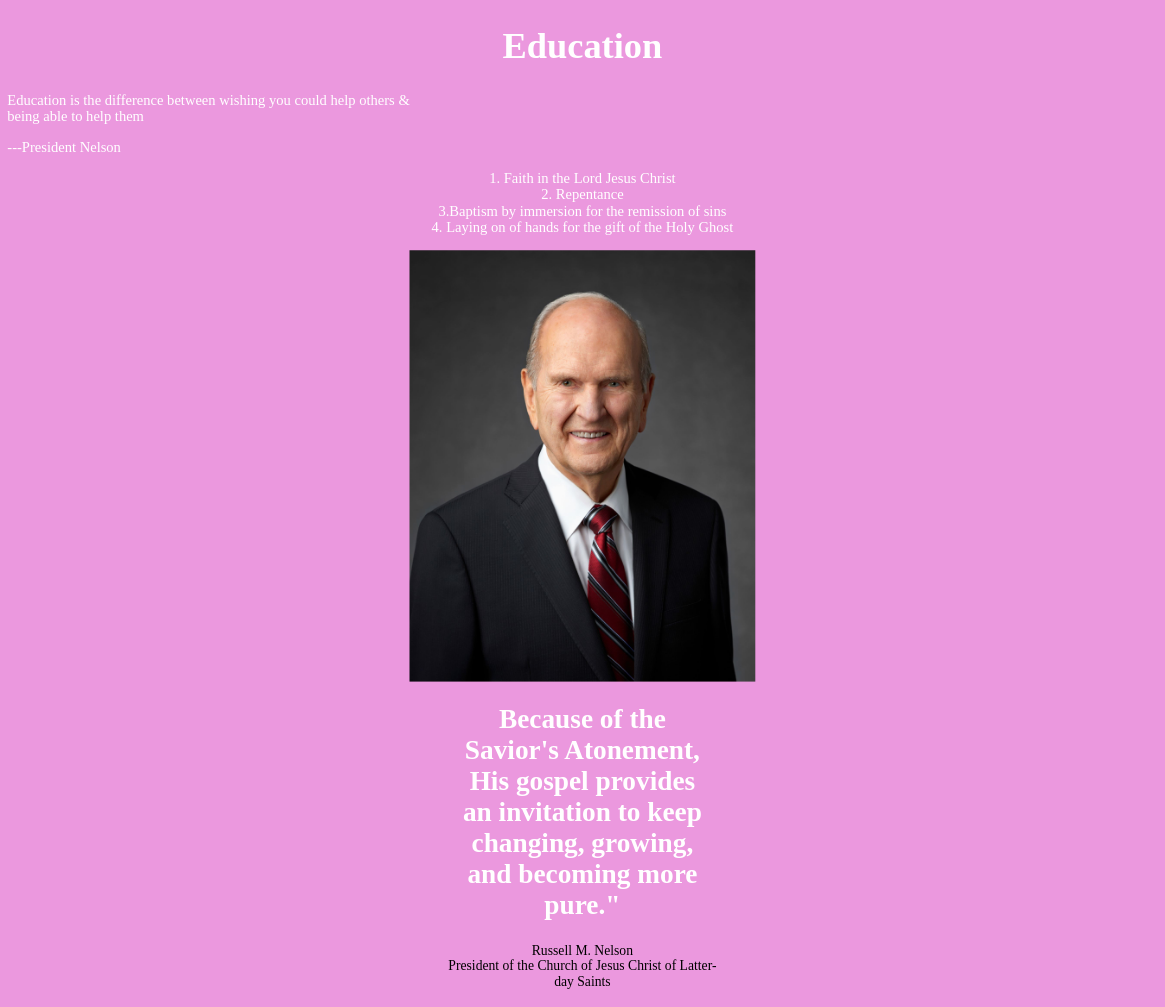
Repository: mszakutumela/wdd130
Page: W04_Challenge/index.html
These files come from the project's save history. The page is drawn as it stood at one moment and after the next save; the edit follows.
The browser window is 1280 px wide. The pictures show the whole page, at 91% of full size.

Above is the page before, as saved 2023-06-05 12:51:13.

After the next save:
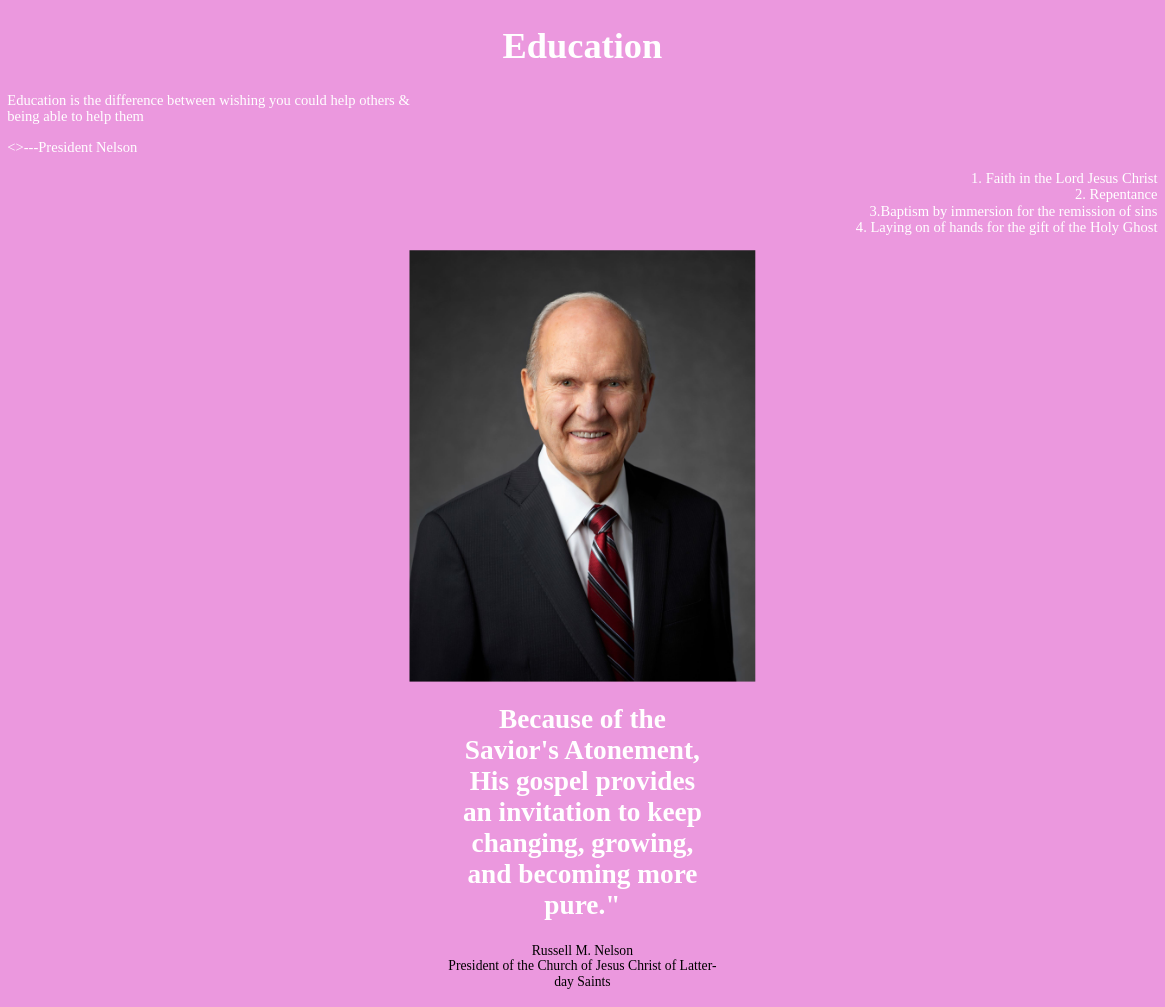
Saved 6 s later.
--- a/W04_Challenge/index.html
+++ b/W04_Challenge/index.html
@@ -9,7 +9,7 @@
         <h1>Education</h1>
         <p1>Education is the difference between wishing you could help others & <br>
             being able to help them</P>
-        <p2>---President Nelson</p>
+        <>---President Nelson</p>
         <p> 1. Faith in the Lord Jesus Christ <br>
             2. Repentance <br>
             3.Baptism by immersion for the remission of sins <br>
